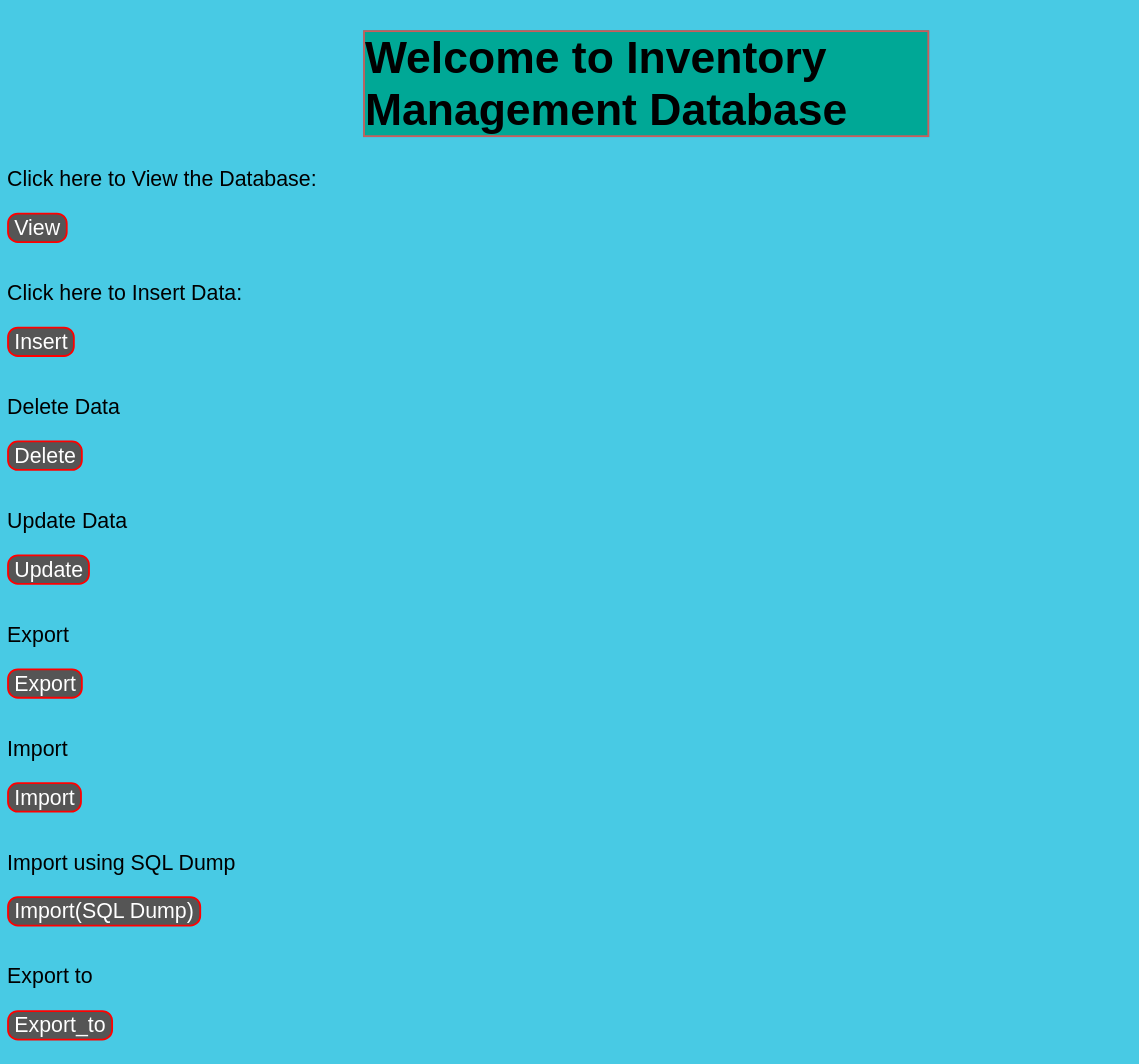
Repository: cyrusdwivedi2002/inventory-management-system
Page: DemoApp/src/main/webapp/Mainpage.html
The author's editor kept a copy of each file at every save. The page is drawn from the files as they stood at one save, then again after the next save.
The browser window is 1280 px wide. The pictures show the whole page, at 89% of full size.
Some web fonts or font styles are not loaded; a fallback is used.

Above is the page before, as saved 2022-06-24 18:46:44.

### DemoApp/src/main/webapp/Mainpage.html
<!DOCTYPE html>
<html>
<head>
<meta charset="ISO-8859-1">

<link rel="preconnect" href="https://fonts.googleapis.com">
<link rel="preconnect" href="https://fonts.gstatic.com" crossorigin>
<link href="https://fonts.googleapis.com/css2?family=Anek+Latin:wght@500&family=Smooch&display=swap" rel="stylesheet">

<style>
body {
background-color: #48cae4;
font-family: 'Anek Latin', sans-serif;
}
h1{
color: black;
background-color:#00a896;
width: 50%;
margin-left:8em;
border: 2px solid indianred;
font-size:50px;
}
p{
font-size:x-large;
}
button{
background-color: #555555;
color:white;
font-size: 24px;
border-radius: 12px;
border:2px solid red;
}
button:hover{
cursor:pointer;
content:'\00bb';
background-color:#ef476f;
box-shadow: 0 12px 16px 0 rgba(0,0,0,0.24), 0 17px 50px 0 rgba(0,0,0,0.19);
transition: all 0.4s;
}
</style>
<title>Inventory management System</title>
</head>
<body>
	<h1>Welcome to Inventory Management Database</h1>
	<p> Click here to View the Database: </p>
	<button type="button" form="form1"   onclick="window.location.href = 'view.html';">View</button>
	<br/><br/>
	<p> Click here to Insert Data: </p>
	<button type="button" form="form1"   onclick="window.location.href = 'insert.html';">Insert</button>
	<br/><br/>
	<p> Delete Data </p>
	<button type="button" form="form1"   onclick="window.location.href = 'delete.html';">Delete</button>
	<br/><br/>
	<p> Update Data </p>
	<button type="button" form="form1"   onclick="window.location.href = 'update.html';">Update</button>
	<br/><br/>
	<p> Export </p>
	<button type="button" form="form1"   onclick="window.location.href = 'export.html';">Export</button>
	<br/><br/>
	<p> Import </p>
	<button type="button" form="form1"   onclick="window.location.href = 'import.html';">Import</button>
	<br/><br/>
	<p> Import using SQL Dump</p>
	<button type="button" form="form1"   onclick="window.location.href = 'importdump.html';">Import(SQL Dump)</button>
	<br/><br/>
	<p> Export to</p>
	<button type="button" form="form1"   onclick="window.location.href = 'export.html';">Export_to</button>
	<br/><br/>

	</body>
</html>

After the next save:
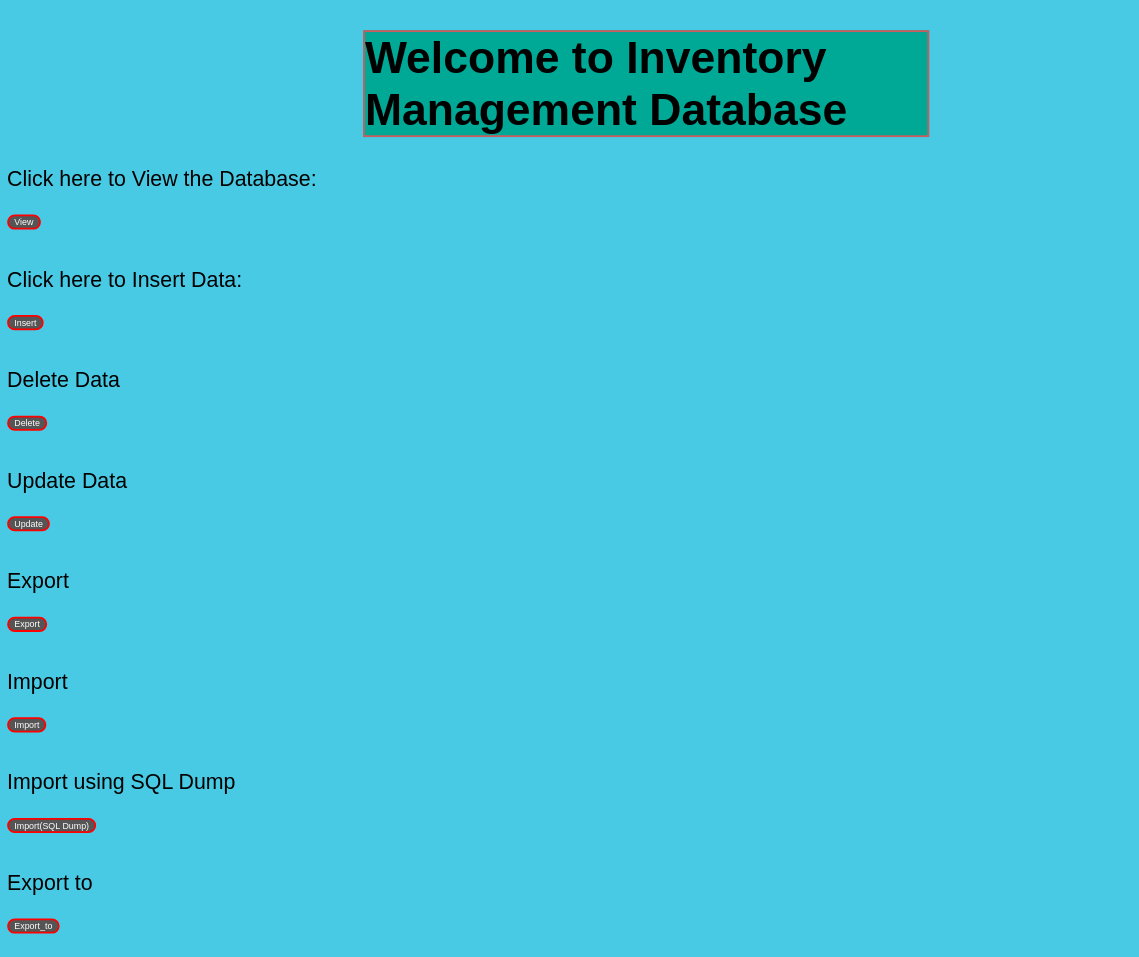
Saved 23 s later.
--- a/DemoApp/src/main/webapp/Mainpage.html
+++ b/DemoApp/src/main/webapp/Mainpage.html
@@ -26,7 +26,7 @@
 button{
 background-color: #555555;
 color:white;
-font-size: 24px;
+font-size: 10px;
 border-radius: 12px;
 border:2px solid red;
 }

After the save that followed:
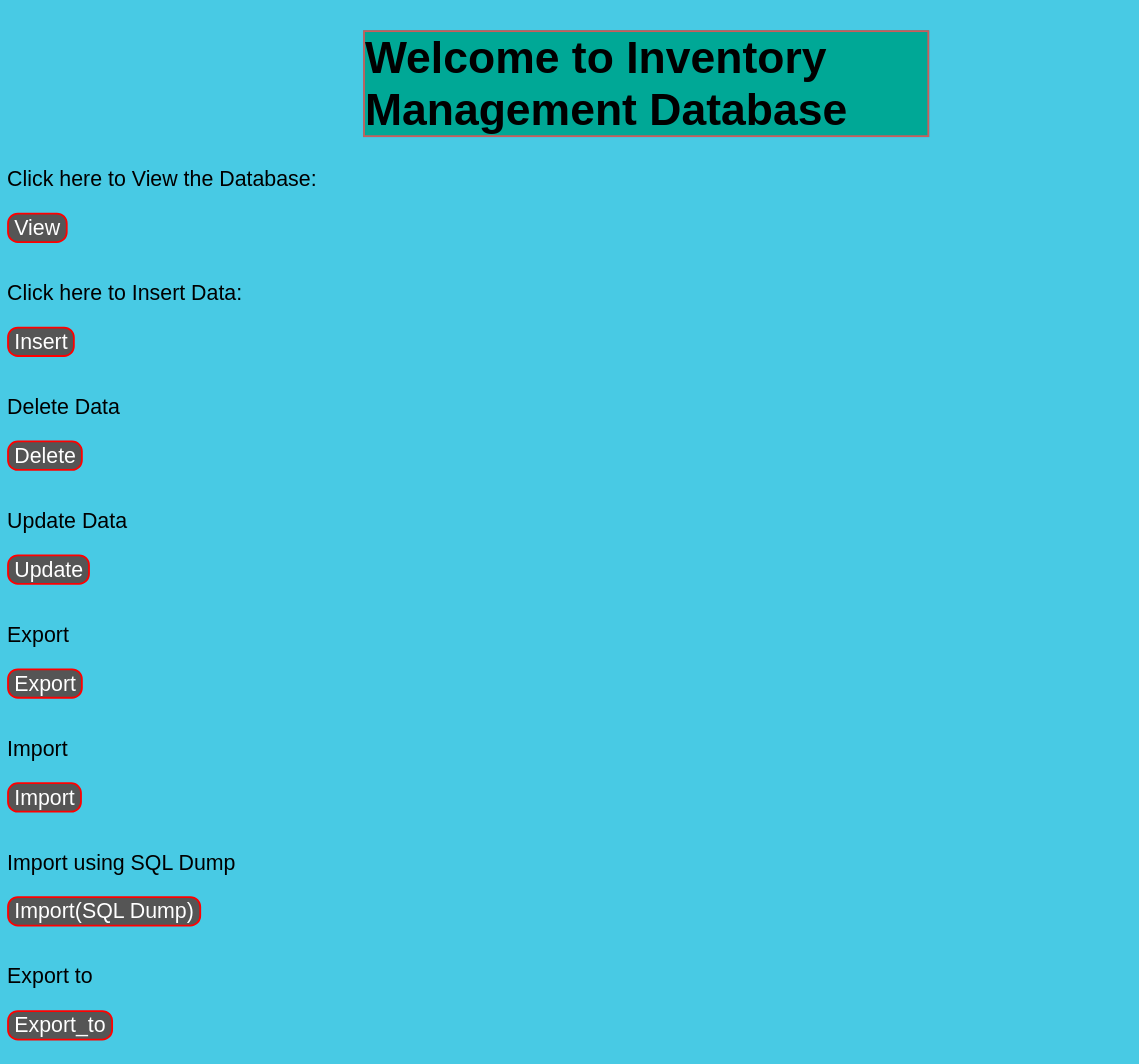
Saved 44 s later.
--- a/DemoApp/src/main/webapp/Mainpage.html
+++ b/DemoApp/src/main/webapp/Mainpage.html
@@ -26,13 +26,14 @@
 button{
 background-color: #555555;
 color:white;
-font-size: 10px;
+font-size: 24px;
 border-radius: 12px;
 border:2px solid red;
 }
 button:hover{
 cursor:pointer;
 content:'\00bb';
+p
 background-color:#ef476f;
 box-shadow: 0 12px 16px 0 rgba(0,0,0,0.24), 0 17px 50px 0 rgba(0,0,0,0.19);
 transition: all 0.4s;
